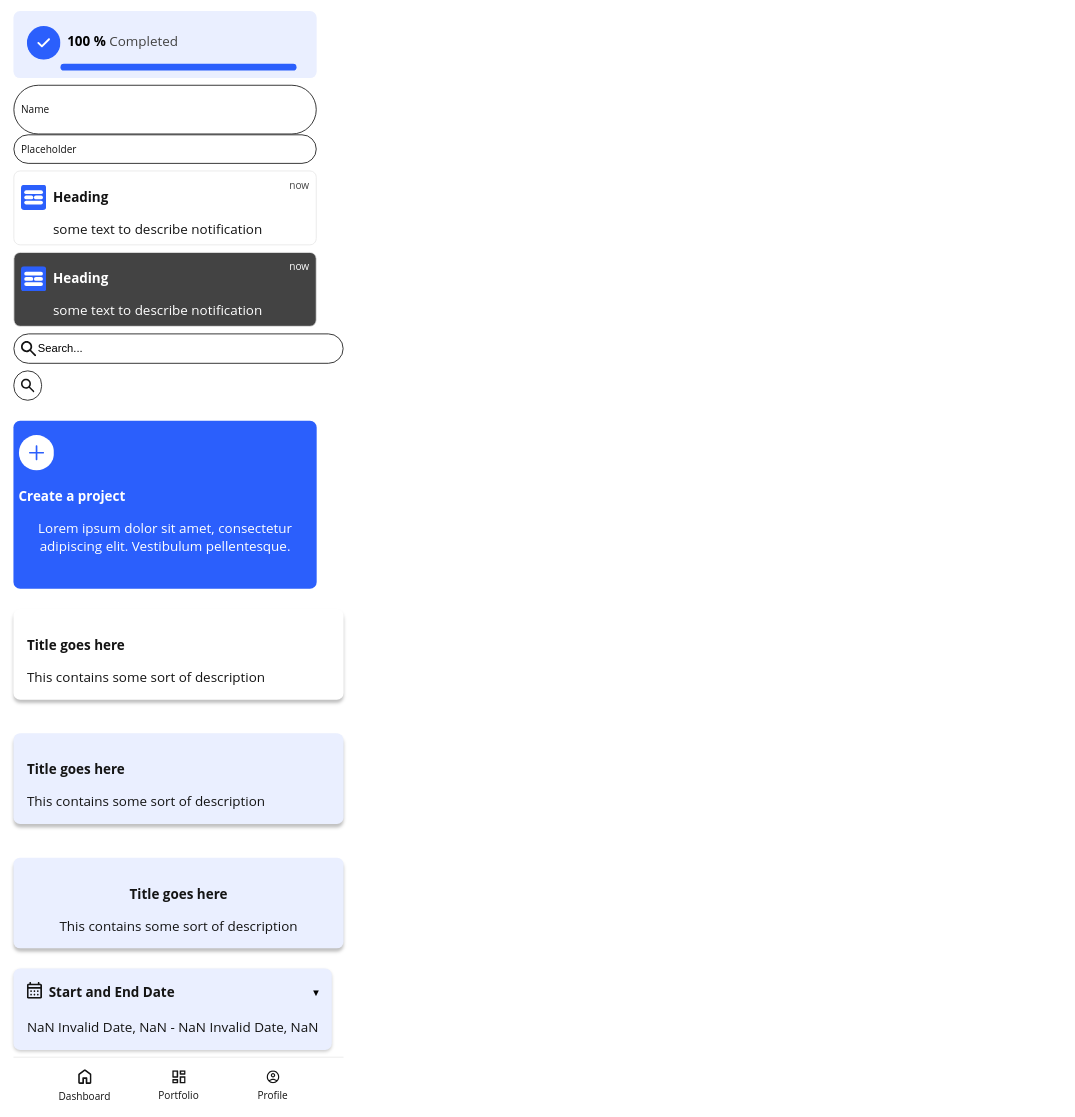
Repository: brunaguarizo/mosaic_app
Page: /
These files come from the project's save history. The page is drawn as it stood at one moment and after the next save; the edit follows.
The browser window is 1280 px wide. The pictures show the whole page, at 84% of full size.
The project was rebuilt for these pictures with package versions that can differ from the ones it lists, and the page was loaded fresh each time. The framework's server and built-in components were replaced by stand-ins that run in the browser. Also part of the build but not shown: next.config.mjs, app/_ui/Button/Button.js, app/_ui/Tag/Tag.js, app/_ui/Project_card/Project_card.js, app/_ui/Date_PopUp/Date_PopUp.module.css, app/_ui/Date_PopUp/Date_PopUp.js.

Above is the page before, as saved 2025-04-18 20:34:17.

### app/globals.css
/* ------------------------------------------------------ GENERAL STYLES ------------------------------------------------------ */
*,
*::before,
*::after {
    box-sizing: inherit;
}

html,
body {
    padding: 0;
    margin: 0;
    font-family: var(--font-family);
    box-sizing: border-box;
}

html {
    display: flex;
    justify-content: center;
    align-items: center;
    width: 393px;
    height: 100%;
    margin: var(--space-regular);
}

.container {
}

.two-column {
    display: grid;
    grid-template-columns: 1fr 1fr;
    gap: var(--space-large);
}

/* ------------------------------------------------------ VARIABLES ------------------------------------------------------ */
:root {
    /* ----- COLORS ----- */
    --blue-primary: rgb(43, 95, 252);
    --blue-50: rgb(234, 239, 255);
    --blue-900: rgb(18, 40, 106);
    --white: #ffffff;
    --black: rgb(20, 20, 20);
    --grey-400: rgb(67, 67, 67);
    --yellow-secondary: rgb(255, 218, 1);
    --orange-secondary: rgb(255, 94, 9);
    --green-secondary: rgb(0, 193, 79);
    --purple-secondary: rgb(154, 65, 255);

    /* ----- TYPE ----- */
    --font-family: "Open Sans", sans-serif;

    --header-xxlarge-size: 88px;
    --title-section-font-size: 30px;
    --button-font-size: 24px;
    --body-text-font-size: 20px;
    --menu-font-size: 16px;
    --label-font-size: 12px;

    --font-style-normal: normal;
    --font-weight-bold: bold;

    --line-height-xxlarge: 100px;
    --line-height-large: 36px;
    --line-height-medium: 28px;
    --line-height-small: 20px;

    /* ----- SPACING ----- */
    --space-small: 8px;
    --space-regular: 16px;
    --space-medium: 32px;
    --space-large: 48px;
    --space-extra-large: 140px;
}

### app/_ui/Input_Box/Input_Box.js
import classNames from "classnames";
import styles from "./Input_Box.module.css";

function SingleInput({ inputName, placeholder, type }) {
    const InputHeaderClasses = classNames(styles.input_box, {
        [styles.hidden]: type === "secondary",
    });

    return (
        <div className={styles.primary}>
            <div className={InputHeaderClasses}>
                <p className={styles.input_name}>{inputName}</p>
            </div>
            <input
                className={styles.input_box}
                type='text'
                defaultValue={placeholder}
            />
        </div>
    );
}

export default SingleInput;

### app/_ui/navbar/navbar.module.css

.nav {
    width: 393px;
    height: 72px;
    justify-content: center;
    align-items: center;
    display: flex;
    flex-direction: row;
    padding: 0;
    margin: 0;
    gap: var(--space-large);
    border-top: 1px solid var(--grey-50);
}

.navbar__item {
    display: flex;
    flex-direction: column;
    justify-content: center;
    align-items: center;
    gap: 4px;
    text-decoration: none;
    width: 60px;
    height: 44px;
    padding-left: 32px;
    padding-right: 32px;
    margin: 0;
}

.navbar__icon {
    max-width: 16px;
    padding: 0;
    margin: 0;
    fill: var(--black);
}

.navbar__text {
    color: var(--black);
    font-size: var(--label-font-size);
    font-weight: var(--font-weight-400);
    line-height: var(--line-height-small);
    text-decoration: none;
    padding: 0;
    margin: 0;
}

.navbar__item:hover .navbar__text,
.navbar__item:hover .navbar__icon,
.navbar__item:active .navbar__text,
.navbar__item:active .navbar__icon {
  color: var(--blue-primary);
  fill: var(--blue-primary);
}

/* ------------------------------------------------------ VARIABLES ------------------------------------------------------ */
:root {
    /* ----- COLORS ----- */
    --blue-primary: rgb(43,95,252);
    --blue-50: rgb(234, 239, 255);
    --blue-900: rgb(18, 40, 106);
    --white: #FFFFFF;
    --grey-50: #E8E8E8;
    --black: rgb(20, 20, 20);
    --grey-400: rgb(67, 67, 67);
    --yellow-secondary: rgb(255, 218, 1);
    --orange-secondary: rgb(255, 94, 9);
    --green-secondary: rgb(0, 193, 79);
    --purple-secondary: rgb(154, 65, 255);

    /* ----- TYPE ----- */
    --font-family: "Open Sans", sans-serif;

    --header-xxlarge-size: 88px;
    --title-section-font-size: 30px;
    --button-font-size: 24px;
    --body-text-font-size: 20px;
    --menu-font-size: 16px;
    --label-font-size: 12px;

    --font-style-normal: normal;
    --font-weight-bold: bold;

    --line-height-xxlarge: 100px;
    --line-height-large: 36px;
    --line-height-medium: 28px;
    --line-height-small: 20px;

    /* ----- SPACING ----- */
    --space-small: 8px;
    --space-regular: 16px;
    --space-medium: 32px;
    --space-large: 48px;
    --space-extra-large: 88px;
  }

### app/_ui/Button/Button.module.css
.button {
    font-family: var(--font-family);
    font-size: var(--font-size-regular);
    font-weight: var(--font-weight-bold);
    width: 100%;
    padding-top: var(--space-small);
    padding-left: var(--space-regular);
    padding-right: var(--space-regular);
    padding-bottom: var(--space-small);
    border-radius: 100px;
    align-items: center;
    border: none;

    &:hover {
        background-color: var(--blue-900);
        color: var(--white);
    }
}

.primary {
    background: var(--blue-primary);
    color: var(--white);
}

.secondary {
    background-color: var(--white);
    border: 1px solid var(--blue-primary);
    color: var(--blue-primary);
}

.disabled {
    pointer-events: none;
    color: var(--white);
    background-color: var(--blue-100);
}

.small {
    font-size: var(--font-size-small);
    padding: var(--space-small);
    align-items: center;
}

.large {
    font-size: var(--font-size-large);
    padding: var(--space-regular);
}

.error {
    background-color: var(--orange-secondary);
}

/* ------------------------------------------------------ VARIABLES ------------------------------------------------------ */
:root {
    /* ----- COLORS ----- */
    --blue-primary: rgb(43, 95, 252);
    --blue-50: rgb(234, 239, 255);
    --blue-100: #bdcdfe;
    --blue-900: rgb(18, 40, 106);
    --white: #ffffff;
    --black: rgb(20, 20, 20);
    --grey-400: rgb(67, 67, 67);
    --yellow-secondary: rgb(255, 218, 1);
    --orange-secondary: rgb(255, 94, 9);
    --green-secondary: rgb(0, 193, 79);
    --purple-secondary: rgb(154, 65, 255);

    /* ----- TYPE ----- */
    --font-family: "Open Sans", sans-serif;

    --font-size-extra-large: 30px;
    --font-size-large: 24px;
    --font-size-medium: 20px;
    --font-size-regular: 16px;
    --font-size-small: 12px;

    --font-style-normal: normal;
    --font-weight-bold: bold;

    --line-height-xxlarge: 100px;
    --line-height-large: 36px;
    --line-height-medium: 28px;
    --line-height-small: 20px;

    /* ----- SPACING ----- */
    --space-small: 8px;
    --space-regular: 16px;
    --space-medium: 32px;
    --space-large: 48px;
    --space-extra-large: 140px;
}

### app/_ui/Date_Card/Date_Card.module.css
.card {
    background-color: var(--blue-50);
    border-radius: var(--space-small);
    padding: var(--space-regular);
    gap: var(--space-regular);
    box-shadow: 0 2px 4px rgba(0, 0, 0, 0.2);
    font-family: var(--font-family);
    cursor: pointer;
    display: flex;
    flex-direction: column;
    width: fit-content;
}

.header {
    display: flex;
    align-items: center;
    gap: var(--space-small);
    font-size: var(--font-size-regular);
    font-weight: var(--font-weight-bold);
    color: var(--black);
}

.label {
    flex-grow: 1;
}

.arrow {
    font-size: var(--font-size-small);
    color: black;
}

.arrow:hover {
    font-size: var(--font-size-small);
    color: var(--blue-primary);
}

.dateRange {
    margin-top: 2px;
    font-size: var(--font-size-regular);
    color: var(--black);
}

/* ------------------------------------------------------ VARIABLES ------------------------------------------------------ */
:root {
    /* ----- COLORS ----- */
    --blue-primary: rgb(43, 95, 252);
    --blue-50: rgb(234, 239, 255);
    --blue-100: #bdcdfe;
    --blue-900: rgb(18, 40, 106);
    --white: #ffffff;
    --black: rgb(20, 20, 20);
    --grey-400: rgb(67, 67, 67);
    --yellow-secondary: rgb(255, 218, 1);
    --orange-secondary: rgb(255, 94, 9);
    --green-secondary: rgb(0, 193, 79);
    --purple-secondary: rgb(154, 65, 255);

    /* ----- TYPE ----- */
    --font-family: "Open Sans", sans-serif;

    --font-size-extra-large: 30px;
    --font-size-large: 24px;
    --font-size-medium: 20px;
    --font-size-regular: 16px;
    --font-size-small: 12px;

    --font-style-normal: normal;
    --font-weight-bold: bold;

    --line-height-xxlarge: 100px;
    --line-height-large: 36px;
    --line-height-medium: 28px;
    --line-height-small: 20px;

    /* ----- SPACING ----- */
    --space-small: 8px;
    --space-regular: 16px;
    --space-medium: 32px;
    --space-large: 48px;
    --space-extra-large: 140px;
}

### app/_ui/Create_Project_Button/Create_Project_Button.module.css
.button_background {
    background-color: var(--blue-primary);
    border-radius: var(--space-small);
    border: none;
    width: 361px;
    height: 200px;
    display: flex;
    flex-direction: column;
    margin-top: var(--space-regular);
}

.button_icon {
    width: 42px;
    height: 42px;
    align-self: center;
    box-sizing: content-box;
    margin-top: var(--space-regular);
}

.button_heading {
    text-align: center;
    font-family: "Open Sans", sans-serif;
    font-size: var(--menu-font-size);
    font-weight: var(--font-weight-bold);
    color: white;
    padding: 0px;
    border: 0px;
    margin-top: var(--space-regular);
    margin-bottom: 0px;
}

.button_description {
    font-family: "Open Sans", sans-serif;
    font-size: var(--menu-font-size);
    font-style: var(--font-weight-normal);
    color: white;
    border: 0px;
    padding: 0px;
    margin-top: var(--space-regular);
    margin-bottom: 0px;
}
/* ------------------------------------------------------ VARIABLES ------------------------------------------------------ */
:root {
    /* ----- COLORS ----- */
    --blue-primary: rgb(43, 95, 252);
    --blue-50: rgb(234, 239, 255);
    --blue-900: rgb(18, 40, 106);
    --white: #ffffff;
    --grey-50: #e8e8e8;
    --black: rgb(20, 20, 20);
    --grey-400: rgb(67, 67, 67);
    --yellow-secondary: rgb(255, 218, 1);
    --orange-secondary: rgb(255, 94, 9);
    --green-secondary: rgb(0, 193, 79);
    --purple-secondary: rgb(154, 65, 255);

    /* ----- TYPE ----- */
    --font-family: "Open Sans", sans-serif;

    --header-xxlarge-size: 88px;
    --title-section-font-size: 30px;
    --button-font-size: 24px;
    --body-text-font-size: 20px;
    --menu-font-size: 16px;
    --label-font-size: 12px;

    --font-style-normal: normal;
    --font-weight-bold: bold;

    --line-height-xxlarge: 100px;
    --line-height-large: 36px;
    --line-height-medium: 28px;
    --line-height-small: 20px;

    /* ----- SPACING ----- */
    --space-small: 8px;
    --space-regular: 16px;
    --space-medium: 32px;
    --space-large: 48px;
    --space-extra-large: 140px;
}

### app/_ui/Search_Bar/Search_Bar.module.css
.primary {
    border: 1px solid var(--black);
    padding: var(--space-small);
    box-sizing: content-box;
    display: flex;
    flex-direction: row;
    border-radius: var(--border-radius-large);
}

.secondary {
    border: 1px solid var(--black);
    border-radius: var(--border-radius-large);
    width: var(--space-regular);
}

.visible {
    border: none;
}
.invisible {
    display: none;
}

.search_item {
    border: none;
}

.search_item:focus {
    outline: none;
    box-shadow: none;
}

/* ------------------------------------------------------ VARIABLES ------------------------------------------------------ */
:root {
    /* ----- COLORS ----- */
    --blue-primary: rgb(43, 95, 252);
    --blue-50: rgb(234, 239, 255);
    --blue-900: rgb(18, 40, 106);
    --white: #ffffff;
    --grey-50: #e8e8e8;
    --black: rgb(20, 20, 20);
    --grey-400: rgb(67, 67, 67);
    --yellow-secondary: rgb(255, 218, 1);
    --orange-secondary: rgb(255, 94, 9);
    --green-secondary: rgb(0, 193, 79);
    --purple-secondary: rgb(154, 65, 255);

    /* ----- BORDER RADIUS ----- */
    --border-radius-large: 100px;

    /* ----- TYPE ----- */
    --font-family: "Open Sans", sans-serif;

    --header-xxlarge-size: 88px;
    --title-section-font-size: 30px;
    --button-font-size: 24px;
    --body-text-font-size: 20px;
    --menu-font-size: 16px;
    --label-font-size: 12px;

    --font-style-normal: normal;
    --font-weight-bold: bold;

    --line-height-xxlarge: 100px;
    --line-height-large: 36px;
    --line-height-medium: 28px;
    --line-height-small: 20px;

    /* ----- SPACING ----- */
    --space-small: 8px;
    --space-regular: 16px;
    --space-medium: 32px;
    --space-large: 48px;
    --space-extra-large: 140px;
}

### app/_ui/Heading_Bar/Heading_Bar.module.css
.contentInner {
    display: flex;
    flex-direction: column;
    gap: var(--space-regular);
}

.row {
    display: flex;
    align-items: center;
}

.heading {
    flex-grow: 1;
    text-align: center;
    font-weight: var(--font-weight-normal);
    font-size: var(--button-font-size);
}

.icon {
    color: var(--blue-50);
    display: flex;
    align-items: center;
    justify-content: center;
}
.visible {
    display: flex;
}

.hidden {
    display: none;
}

.iconButton {
    background: none;
    border: none;
    color: var(--blue-50);
    display: flex;
    align-items: center;
    justify-content: center;
    padding: var(--space-small);
}

.iconButton:hover {
    background-color: var(--blue-50);
    border-radius: var(--border-radius-large);
}

.pagination {
    flex-grow: 1;
    text-align: right;
    color: var(--black);
    font-size: var(--menu-font-size);
    padding-right: var(--space-small);
}
/* ------------------------------------------------------ VARIABLES ------------------------------------------------------ */
:root {
    /* ----- COLORS ----- */
    --blue-primary: rgb(43, 95, 252);
    --blue-50: rgb(234, 239, 255);
    --blue-900: rgb(18, 40, 106);
    --white: #ffffff;
    --grey-50: #e8e8e8;
    --black: rgb(20, 20, 20);
    --grey-400: rgb(67, 67, 67);
    --yellow-secondary: rgb(255, 218, 1);
    --orange-secondary: rgb(255, 94, 9);
    --green-secondary: rgb(0, 193, 79);
    --purple-secondary: rgb(154, 65, 255);

    /* ----- BORDER RADIUS ----- */
    --border-radius-large: 100px;

    /* ----- TYPE ----- */
    --font-family: "Open Sans", sans-serif;

    --header-xxlarge-size: 88px;
    --title-section-font-size: 30px;
    --button-font-size: 24px;
    --body-text-font-size: 20px;
    --menu-font-size: 16px;
    --label-font-size: 12px;

    --font-style-normal: normal;
    --font-weight-bold: bold;

    --line-height-xxlarge: 100px;
    --line-height-large: 36px;
    --line-height-medium: 28px;
    --line-height-small: 20px;

    /* ----- SPACING ----- */
    --space-small: 8px;
    --space-regular: 16px;
    --space-medium: 32px;
    --space-large: 48px;
    --space-extra-large: 140px;
}

### app/_ui/Progress_Bar/Progress_Bar.module.css
.background {
    background-color: var(--blue-50);
    display: flex;
    flex-direction: row;
    border-radius: var(--space-small);
    align-items: center;
    padding: 16px;
    width: 361px;
    height: 80px;
    margin-top: var(--space-regular);
}
.icon {
    color: var(--blue-primary);
}

.content_row {
    display: flex;
    flex-direction: column;
}

.bar_text {
    display: flex;
    flex-direction: row;
    align-items: center;
}
.bar_completion,
.bar_amount {
    font-family: var(--font-family);
}
.bar_completion {
    color: var(--grey-400);
}
.bar_amount {
    font-size: var(--menu-font-size);
    padding-right: 4px;
}
.bar_text {
    padding-left: var(--space-small);
}

.bar {
    background-color: var(--blue-primary);
    width: 281px;
    height: var(--space-small);
    border-radius: var(--space-small);
}

/* ------------------------------------------------------ VARIABLES ------------------------------------------------------ */
:root {
    /* ----- COLORS ----- */
    --blue-primary: rgb(43, 95, 252);
    --blue-50: rgb(234, 239, 255);
    --blue-900: rgb(18, 40, 106);
    --white: #ffffff;
    --grey-50: #e8e8e8;
    --black: rgb(20, 20, 20);
    --grey-400: rgb(67, 67, 67);
    --yellow-secondary: rgb(255, 218, 1);
    --orange-secondary: rgb(255, 94, 9);
    --green-secondary: rgb(0, 193, 79);
    --purple-secondary: rgb(154, 65, 255);

    /* ----- TYPE ----- */
    --font-family: "Open Sans", sans-serif;

    --header-xxlarge-size: 88px;
    --title-section-font-size: 30px;
    --button-font-size: 24px;
    --body-text-font-size: 20px;
    --menu-font-size: 16px;
    --label-font-size: 12px;

    --font-style-normal: normal;
    --font-weight-bold: bold;

    --line-height-xxlarge: 100px;
    --line-height-large: 36px;
    --line-height-medium: 28px;
    --line-height-small: 20px;

    /* ----- SPACING ----- */
    --space-small: 8px;
    --space-regular: 16px;
    --space-medium: 32px;
    --space-large: 48px;
    --space-extra-large: 140px;
}

### app/_ui/Input_Box/Input_Box.module.css
.primary {
    width: 361px;
}

.hidden {
    display: none;
}

.secondary {
    border-radius: 100px;
    width: 361px;
    border: 1px solid var(--black);
}
.input_name {
    font-family: var(--font-family);
    font-size: var(--label-font-size);
}

.input_box {
    font-family: var(--font-family);
    font-size: var(--label-font-size);
    color: var(--black);
    padding: 8px;
    border-radius: 100px;
    width: 361px;
    border: 1px solid var(--black);
}

/* ------------------------------------------------------ VARIABLES ------------------------------------------------------ */
:root {
    /* ----- COLORS ----- */
    --blue-primary: rgb(43, 95, 252);
    --blue-50: rgb(234, 239, 255);
    --blue-900: rgb(18, 40, 106);
    --white: #ffffff;
    --grey-50: #e8e8e8;
    --black: rgb(20, 20, 20);
    --grey-400: rgb(67, 67, 67);
    --yellow-secondary: rgb(255, 218, 1);
    --orange-secondary: rgb(255, 94, 9);
    --green-secondary: rgb(0, 193, 79);
    --purple-secondary: rgb(154, 65, 255);

    /* ----- TYPE ----- */
    --font-family: "Open Sans", sans-serif;

    --header-xxlarge-size: 88px;
    --title-section-font-size: 30px;
    --button-font-size: 24px;
    --body-text-font-size: 20px;
    --menu-font-size: 16px;
    --label-font-size: 12px;

    --font-style-normal: normal;
    --font-weight-bold: bold;

    --line-height-xxlarge: 100px;
    --line-height-large: 36px;
    --line-height-medium: 28px;
    --line-height-small: 20px;

    /* ----- SPACING ----- */
    --space-small: 8px;
    --space-regular: 16px;
    --space-medium: 32px;
    --space-large: 48px;
    --space-extra-large: 140px;
}

### app/_ui/Tag/Tag.module.css
.tag {
    font-family: var(--font-family);
    font-size: var(--font-size-small);
    font-weight: var(--font-weight-regular);
    width: 80px;
    padding: var(--space-extra-small);
    border-radius: 100px;
    border: none;
    background-color: var(--orange-secondary);

    display: flex;
    justify-content: center;
    align-items: center;
    text-align: center;
}

/* ------------------------------------------------------ VARIABLES ------------------------------------------------------ */
:root {
    /* ----- COLORS ----- */
    --blue-primary: rgb(43, 95, 252);
    --blue-50: rgb(234, 239, 255);
    --blue-100: #bdcdfe;
    --blue-900: rgb(18, 40, 106);
    --white: #ffffff;
    --black: rgb(20, 20, 20);
    --grey-400: rgb(67, 67, 67);
    --yellow-secondary: rgb(255, 218, 1);
    --orange-secondary: rgb(255, 94, 9);
    --green-secondary: rgb(0, 193, 79);
    --purple-secondary: rgb(154, 65, 255);

    /* ----- TYPE ----- */
    --font-family: "Open Sans", sans-serif;

    --font-size-extra-large: 30px;
    --font-size-large: 24px;
    --font-size-medium: 20px;
    --font-size-regular: 16px;
    --font-size-small: 12px;

    --font-style-normal: normal;
    --font-weight-bold: bold;

    --line-height-xxlarge: 100px;
    --line-height-large: 36px;
    --line-height-medium: 28px;
    --line-height-small: 20px;

    /* ----- SPACING ----- */
    --space-extra-small: 4px;
    --space-small: 8px;
    --space-regular: 16px;
    --space-medium: 32px;
    --space-large: 48px;
    --space-extra-large: 140px;
}

Loaded but not shown: app/layout.js (common file); app/_ui/Heading_Bar/Heading_Bar.js (110 lines, source omitted); app/_ui/navbar/navbar.js (56 lines, source omitted); app/_ui/Date_Card/Date_Card.js (50 lines, source omitted); app/page.js (79 lines, source omitted); app/_ui/Search_Bar/Search_Bar.js (36 lines, source omitted); app/_ui/Create_Project_Button/Create_Project_Button.js (38 lines, source omitted); app/_ui/Progress_Bar/Progress_Bar.js (38 lines, source omitted); app/_ui/Notification_Box/Notification_Box.js (37 lines, source omitted); app/_ui/Description_Box/Description_Box.js (18 lines, source omitted); app/page.module.css (174 lines, source omitted); app/_ui/Description_Box/Description_Box.module.css (94 lines, source omitted); app/_ui/Notification_Box/Notification_Box.module.css (107 lines, source omitted); app/_ui/Project_card/Project_card.module.css (102 lines, source omitted)

After the next save:
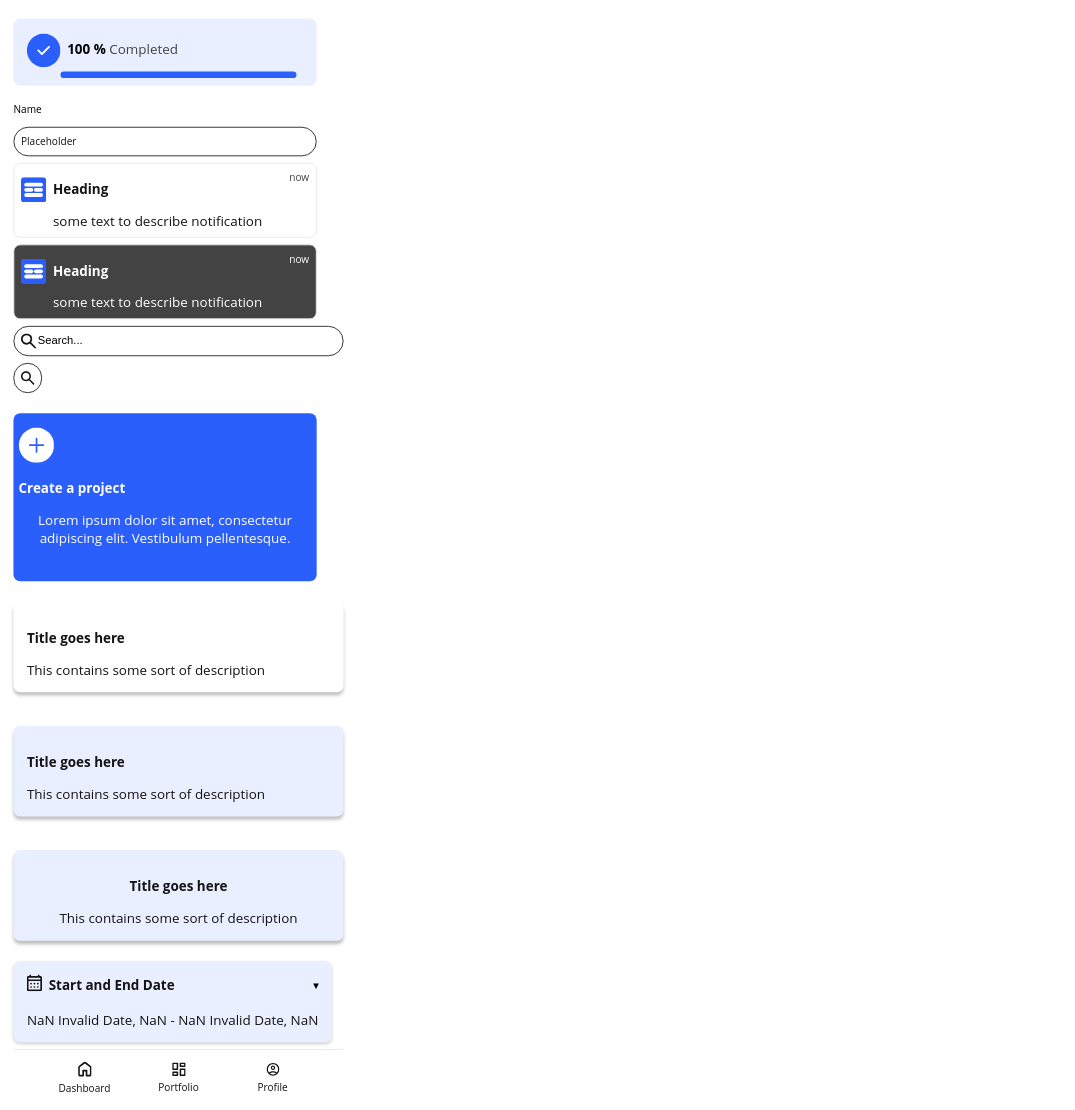
Saved 14 s later.
--- a/app/_ui/Input_Box/Input_Box.js
+++ b/app/_ui/Input_Box/Input_Box.js
@@ -2,7 +2,7 @@ import classNames from "classnames";
 import styles from "./Input_Box.module.css";
 
 function SingleInput({ inputName, placeholder, type }) {
-    const InputHeaderClasses = classNames(styles.input_box, {
+    const InputHeaderClasses = classNames(styles.inputName, {
         [styles.hidden]: type === "secondary",
     });
 
